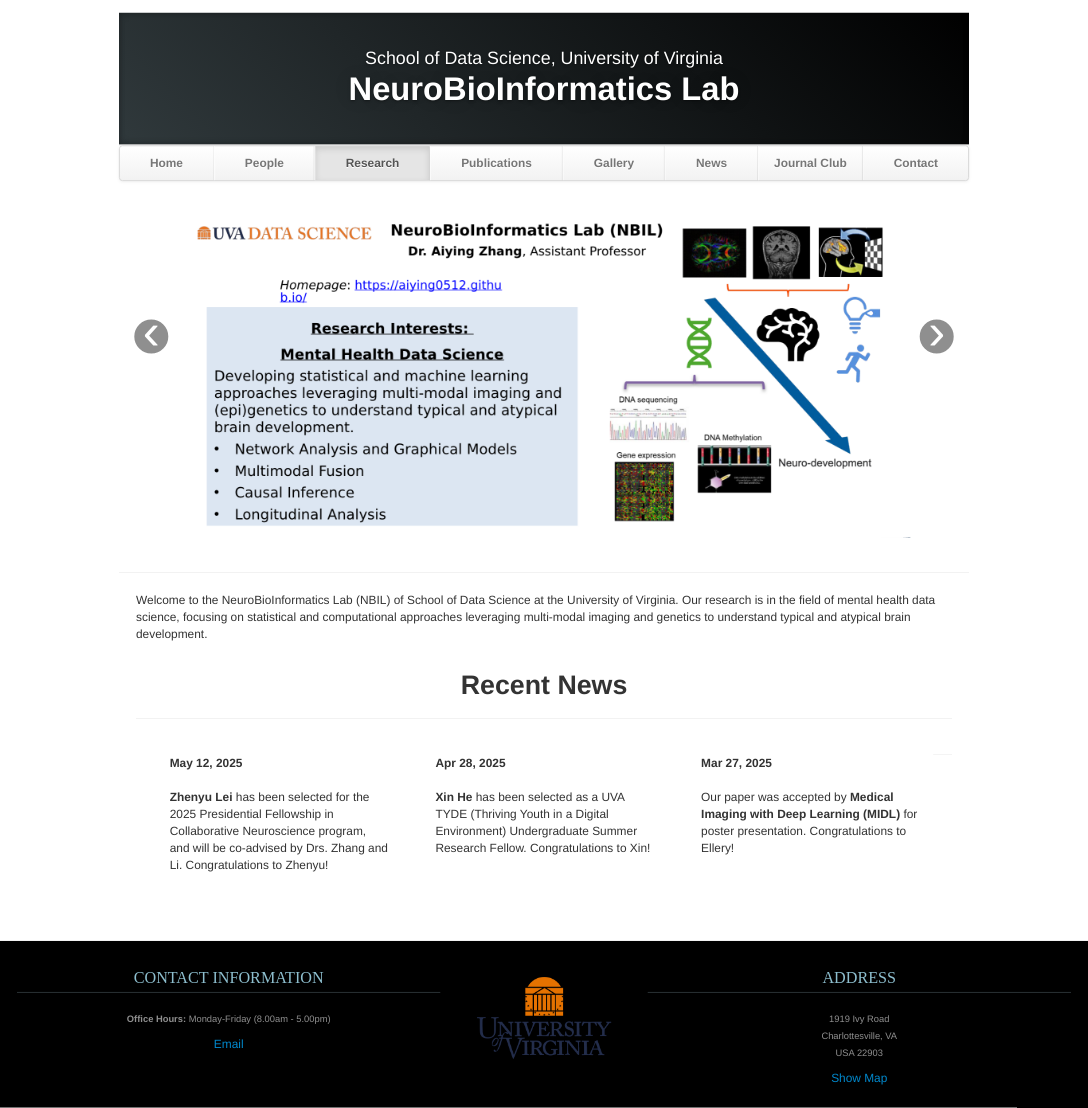
Repository: nbillab/nbillab.io
Page: index.html
The author's editor kept a copy of each file at every save. The page is drawn from the files as they stood at one save, then again after the next save.
The browser window is 1280 px wide. The pictures show the whole page, at 85% of full size.

Above is the page before, as saved 2025-09-01 12:26:49.

After the next save:
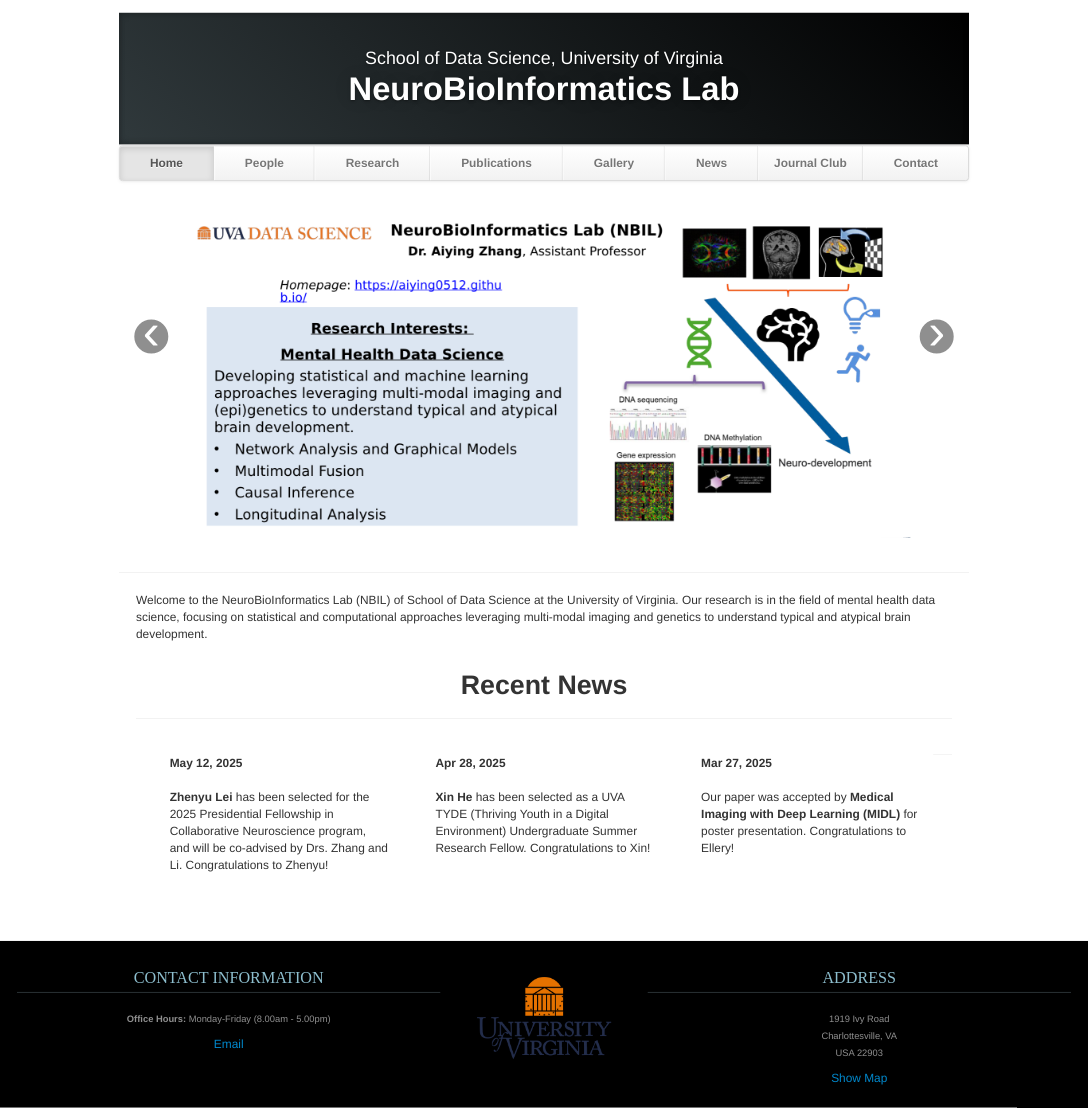
Saved 55 s later.
--- a/index.html
+++ b/index.html
@@ -22,9 +22,9 @@
                <div class="navbar-inner">
                   <div class="container">
                      <ul class="nav">
-                        <li><a href="index.html">Home</a></li>
+                        <li class="active"><a href="#">Home</a></li>
                         <li><a href="people.html">People</a></li>
-                        <li class="active"><a href="#">Research</a></li>
+                        <li><a href="research.html">Research</a></li>
                         <li><a href="publications.html">Publications</a></li>
                         <li><a href="gallery.html">Gallery</a></li>
                         <li><a href="news.html">News</a></li>
